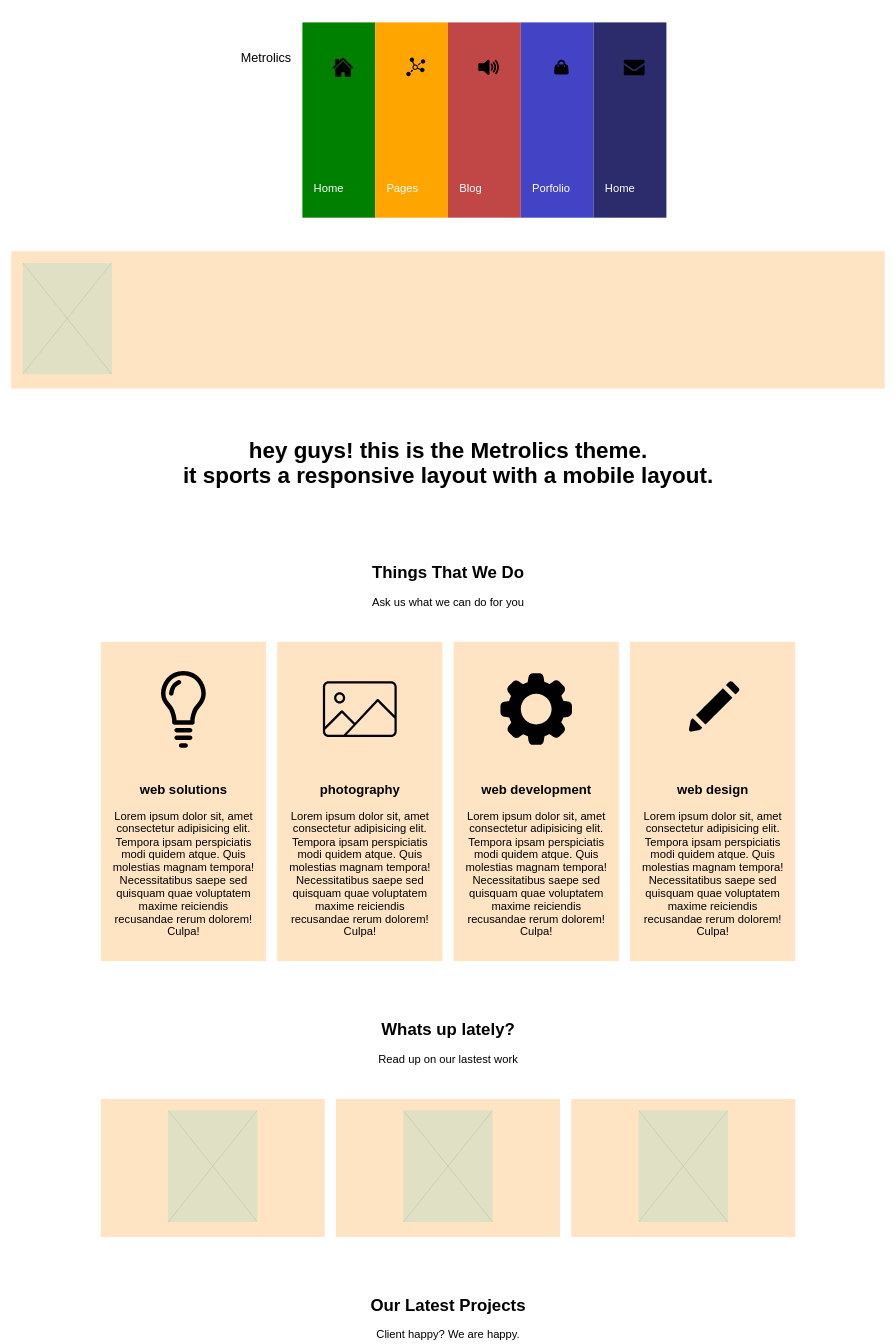
Repository: jjennbui/MDIA2003G-Assignment03B
Page: index.html
The author's editor kept a copy of each file at every save. The page is drawn from the files as they stood at one save, then again after a run of saves.
The browser window is 1280 px wide. The pictures show the part of the page from y = 0 to 1920 px (the page is 2857 px tall before and 2717 px after), at 70% of full size.

Above is the page before, as saved 2023-02-01 13:48:07.

After the next 2 saves:
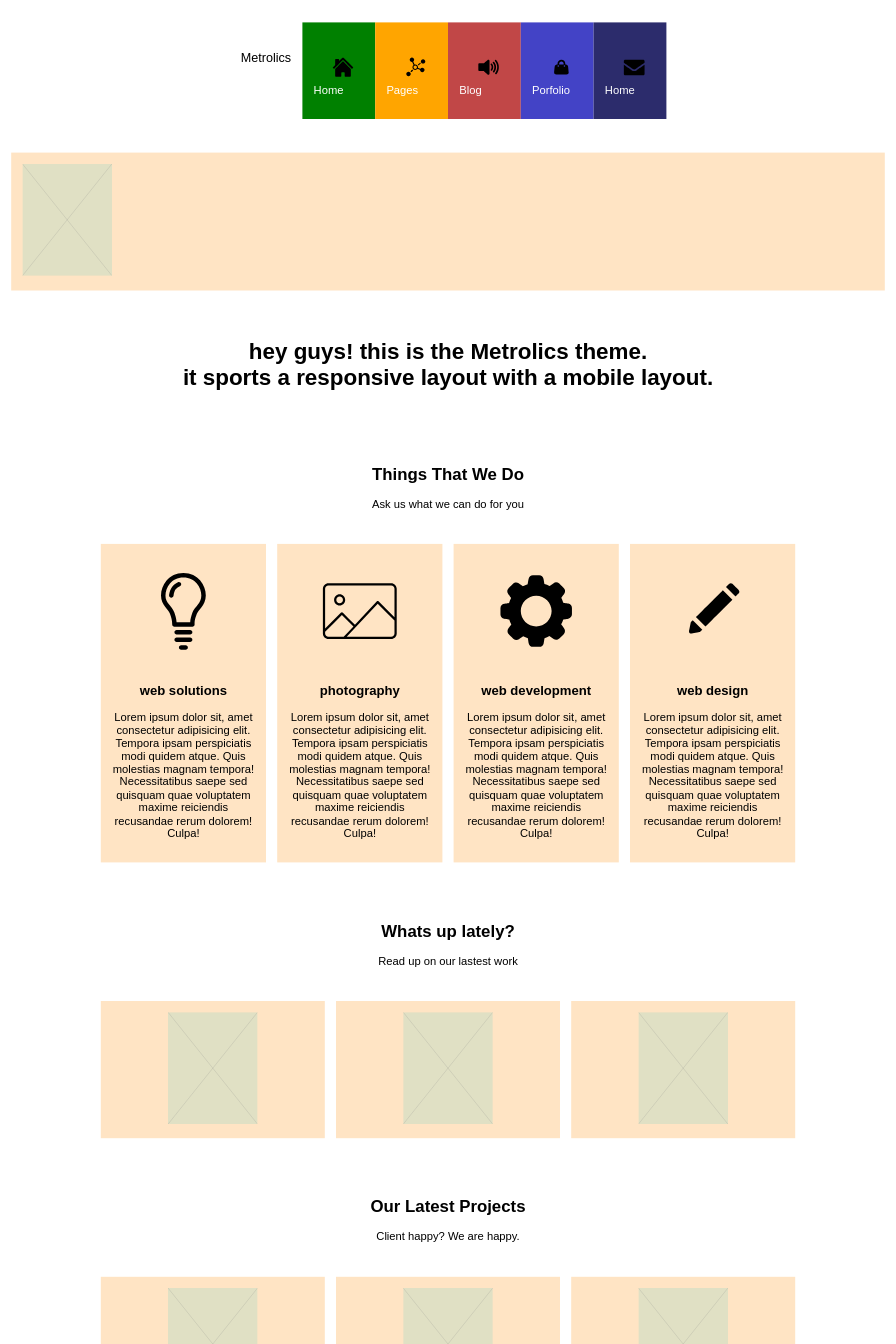
The 2 saves are shown as one change because they came seconds apart.
The last was saved 5 s later.
--- a/css/main.css
+++ b/css/main.css
@@ -69,8 +69,8 @@
   position: relative;
   left: 10px;
   width: 50px;
-
-
+  height: 20px;
+  margin-bottom: 40px;
 
 
 }
